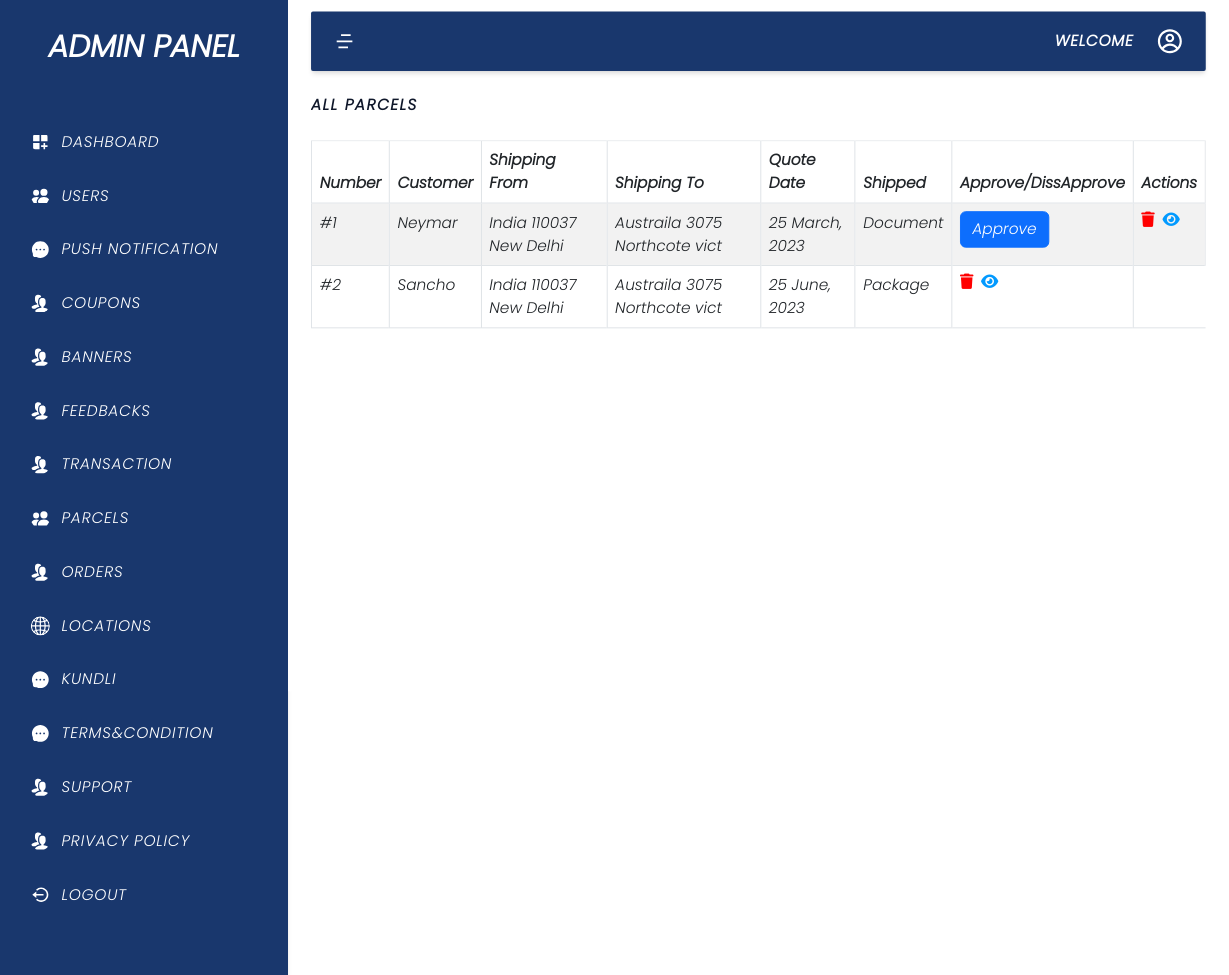
Repository: FlyweisReact/sarita
Page: /astro
An editor plug-in stored every save of this project. The page is shown before and after the next save, followed by the edit.
The browser window is 1280 px wide. The pictures show the whole page, at 96% of full size.
Some web libraries are served in a nearby version. The project was rebuilt for these pictures with package versions that can differ from the ones it lists, and the page was loaded fresh each time. Also part of the build but not shown: src/vendorPanel/forms/VendorLogin.jsx, src/vendorPanel/pages/AdminDiscount.js, src/vendorPanel/pages/AdminReview.js, src/vendorPanel/pages/Banners.js, src/vendorPanel/pages/Booking.js, src/vendorPanel/pages/Horoscope.js, src/vendorPanel/pages/Kundli.js, src/vendorPanel/pages/Message.js and 8 more.

Above is the page before, as saved 2023-04-19 13:03:35.

### public/index.html
<!-- @format -->

<!DOCTYPE html>
<html lang="en">
  <head>
    <meta charset="utf-8" />
    <meta name="viewport" content="width=device-width, initial-scale=1" />
    <meta name="theme-color" content="#000000" />
    <meta
      name="description"
      content="Web site created using create-react-app"
    />
    <link rel="apple-touch-icon" href="%PUBLIC_URL%/favicon.ico?v=2" />
    <link rel="manifest" href="%PUBLIC_URL%/manifest.json" />
    <link rel="preconnect" href="https://fonts.googleapis.com">
<link rel="preconnect" href="https://fonts.gstatic.com" crossorigin>
<link href="https://fonts.googleapis.com/css2?family=Roboto+Mono:ital,wght@1,300&display=swap" rel="stylesheet">
    <title>Ship24*7</title>
  </head>
  <body>
    <noscript>You need to enable JavaScript to run this app.</noscript>
    <div id="root"></div>
    <script src="https://code.jquery.com/jquery-3.6.0.min.js"></script>
    <script src="https://kit.fontawesome.com/b533b351e4.js" crossorigin="anonymous"></script>
  </body>
</html>

### src/index.js
import React from "react";
import ReactDOM from "react-dom/client";
import "./index.css";
import App from "./App";
import { BrowserRouter } from "react-router-dom";
import 'bootstrap/dist/css/bootstrap.min.css'

const root = ReactDOM.createRoot(document.getElementById("root"));
root.render(
  <React.StrictMode>
    <BrowserRouter>
      <App />
    </BrowserRouter>
  </React.StrictMode>
);

### src/index.css
/** @format */

@tailwind base;
@tailwind components;
@tailwind utilities;
@import url("https://fonts.googleapis.com/css2?family=Roboto+Mono:ital,wght@1,300&display=swap");
@font-face {
  font-family: Roboto;
  src: url("./Fonts/Poppins-LightItalic.ttf");
}
body {
  margin: 0;
  font-family: Roboto !important;
  -webkit-font-smoothing: antialiased;
  -moz-osx-font-smoothing: grayscale;
}

code {
  font-family: Roboto !important;
}

html {
  font-family: Roboto !important;
}

::-webkit-scrollbar {
  width: 10px;
}
.fa-trash {
  color: red;
  cursor: pointer;
}

.iCOn {

  transition: 0.5s;
  box-shadow: none;
  transform: scale(1);
}
.cardDiv{
  cursor: pointer;
}

.cardDiv:hover .iCOn{
  box-shadow: rgba(0, 0, 0, 0.35) 0px 5px 15px;
  transform: scale(1.3);
}

/* Track */
::-webkit-scrollbar-track {
  background: #f1f1f1;
}

/* Handle */
::-webkit-scrollbar-thumb {
  background: #888;
}

/* Handle on hover */
::-webkit-scrollbar-thumb:hover {
  background: #555;
}
.profileImage {
  width: 100px;
}
.fa-eye {
  color: #029aff;
  cursor: pointer;
}
.fa-edit {
  cursor: pointer;
  color: blue;
}

.View {
  border: 1px solid black;
  width: 100%;
  padding: 10px;
}

.main-card--container {
  display: grid;
  grid-template-columns: repeat(3, minmax(300px, 500px));
  grid-gap: 50px;
  justify-content: space-around;
}
.card-container {
  margin: 25px 0 auto;
  box-shadow: rgba(0, 0, 0, 0.35) 0px 5px 15px;
  position: relative;
  display: grid;
  grid-template-columns: 1fr;
  justify-content: space-around;
  align-items: flex-start;
}

.myEdit:focus {
  box-shadow: rgba(0, 0, 0, 0.35) 0px 5px 15px;
}



.AstroLogin{
  color: #fff;
  background-color: #2b7a8e;
  padding: 10px;
  width: 380px;
  text-align: center;
  font-size: 20px;
  background: linear-gradient(to left, #2b7a8e 50%, #fff 50%) right;
  background-size: 200%;
  transition: 0.5s ease-out;
  border: 1px solid #2b7a8e;
  margin-top: 10px;
  text-transform: uppercase;
}
.AstroLogin:hover {
  background-position: left;
  color: #2b7a8e;
}

.EcommerceAdminLogin{
  color: #fff;
  background-color: #19376d ;
  padding: 10px;
  width: 380px;
  text-align: center;
  font-size: 20px;
  background: linear-gradient(to left, #19376d 50%, #fff 50%) right;
  background-size: 200%;
  transition: 0.5s ease-out;
  border: 1px solid #19376d;
  margin-top: 10px;
  text-transform: uppercase;
}

.EcommerceAdminLogin:hover{
  background-position: left;
  color: #19376d;
}
.EcommerceVendorLogin{
  color: #fff;
  background-color: #576cbc;
  padding: 10px;
  width: 380px;
  text-align: center;
  font-size: 20px;
  background: linear-gradient(to left, #576cbc 50%, #fff 50%) right;
  background-size: 200%;
  transition: 0.5s ease-out;
  border: 1px solid #576cbc;
  margin-top: 10px;
  text-transform: uppercase;
}

.EcommerceVendorLogin:hover{
  background-position: left;
  color: #576cbc;
}

.view{
  background-color: #2196f3;
  color: #fff;
  width: 50%;
  padding: 5px;
}


.two-sec{
display:flex;
justify-content: space-evenly;
  justify-content: space-evenly;
}
.two-sec .left{
  width: 60%;
  background-color: #f6f1ef;
  padding: 20px;
 }
 .two-sec .left .head{
  font-size: 25px;
  font-weight: bold;
 }



.two-sec .right{
  width: 30%;
  background-color: #f6f1ef;
 }

 .searchDiv{
  width: 100%;
  display: flex;
  gap: 10px;
  border: 1px solid rgb(179, 179, 179);
  padding: 10px;
  margin-bottom: 20px;
  align-items: center;
 }
 .searchDiv input {
  width: 94%;
  outline: none;
  border: none;
 }

### src/vendorPanel/pages/Astrologers.js
/** @format */

import React, { useState } from "react";
import HOC from "../layout/HOC";
import { Table, Modal, Form, Button, Container } from "react-bootstrap";

const Astrologers = () => {
  const [modalShow, setModalShow] = React.useState(false);
  const [viewModal, setViewModal] = useState(false);

  // Add Astrologer
  function MyVerticallyCenteredModal(props) {
    return (
      <Modal
        {...props}
        size="lg"
        aria-labelledby="contained-modal-title-vcenter"
        centered
      >
        <Modal.Header closeButton>
          <Modal.Title id="contained-modal-title-vcenter" style={{textTransform : 'uppercase'}}>
            Add Astrologer
          </Modal.Title>
        </Modal.Header>
        <Modal.Body>
          <Form>
            <Form.Group className="mb-3">
              <Form.Label>Image</Form.Label>
              <Form.Control type="text" required />
            </Form.Group>
            <Form.Group className="mb-3">
              <Form.Label>Expert Tag</Form.Label>
              <Form.Control type="text" required />
            </Form.Group>
            <Form.Group className="mb-3">
              <Form.Label>Name</Form.Label>
              <Form.Control type="text" required />
            </Form.Group>
            <Form.Group className="mb-3">
              <Form.Label>Description</Form.Label>
              <Form.Control type="text" required />
            </Form.Group>
            <Form.Group className="mb-3">
              <Form.Label>Language</Form.Label>
              <Form.Control type="text" required />
            </Form.Group>
            <Form.Group className="mb-3">
              <Form.Label>Experience</Form.Label>
              <Form.Control type="text" required />
            </Form.Group>
            <Form.Group className="mb-3">
              <Form.Label>Rating</Form.Label>
              <Form.Control type="text" required />
            </Form.Group>
            <Form.Group className="mb-3">
              <Form.Label>Price per min</Form.Label>
              <Form.Control type="text" required />
            </Form.Group>
            <Form.Group className="mb-3">
              <Form.Label>Discounted Price per min</Form.Label>
              <Form.Control type="text" required />
            </Form.Group>
            <Form.Group className="mb-3">
              <Form.Label>Expertise</Form.Label>
              <Form.Control type="text" required />
            </Form.Group>
            <Form.Group className="mb-3">
              <Form.Label>Skills</Form.Label>
              <Form.Control type="text" required />
            </Form.Group>
            <Form.Group className="mb-3">
              <Form.Label>Min. of consultation</Form.Label>
              <Form.Control type="text" required />
            </Form.Group>
            <Form.Group className="mb-3">
              <Form.Label>Commission</Form.Label>
              <Form.Control type="number" min={0} required />
            </Form.Group>
            <Form.Group className="mb-3">
              <Form.Label>About</Form.Label>
              <Form.Control type="text" required />
            </Form.Group>
            <Button variant="outline-success" type="submit">
              Submit
            </Button>
          </Form>
        </Modal.Body>
      </Modal>
    );
  }

  // View Astrolger
  function ViewModal(props) {
    return (
      <Modal
        {...props}
        size="lg"
        aria-labelledby="contained-modal-title-vcenter"
        centered
      >
        <Modal.Header closeButton>
          <Modal.Title id="contained-modal-title-vcenter" style={{textTransform : 'uppercase'}}>
            View Quote
          </Modal.Title>
        </Modal.Header>
        <Modal.Body>
          <Container>
            <p className="View">
              {" "}
              <strong>Customer :  </strong> Sancho{" "}
            </p>
            <p className="View">
              {" "}
              <strong> Shipping From :  </strong> India 110037 New Delhi{" "}
            </p>
            <p className="View">
              {" "}
              <strong> Shipping To :  </strong> Australia  3075 Northcote
            </p>
            <p className="View">
              {" "}
              <strong> What is getting Shipped :  </strong> Document {" "}
            </p>
            <p className="View">
              {" "}
              <strong>  Weight : </strong> 60 Grams{" "}
            </p>
            <p className="View">
              {" "}
              <strong> Length (cm) : </strong> 60{" "}
            </p>
            <p className="View">
              {" "}
              <strong> Width :  </strong> 40 {" "}
            </p>
            <p className="View">
              {" "}
              <strong>Height (cm) : </strong> 30.0{" "}
            </p>
            <p className="View">
              {" "}
              <strong> Quantity :  </strong> 2{" "}
            </p>
            <p className="View">
              {" "}
              <strong> Shipment Value :  </strong>  $50{" "}
            </p>

          </Container>
        </Modal.Body>
      </Modal>
    );
  }



  return (
    <>
      <MyVerticallyCenteredModal
        show={modalShow}
        onHide={() => setModalShow(false)}
      />
      <ViewModal show={viewModal} onHide={() => setViewModal(false)} />

      <section>
        <div className="pb-4 sticky top-0  w-full flex justify-between items-center bg-white">
          <span className="tracking-widest text-slate-900 font-semibold uppercase ">
            All Parcels
          </span>
        </div>

        <div className="wcomp overflow-x-auto">
          <Table striped bordered hover>
            <thead>
              <tr>
                <th>Number</th>
                <th>Customer</th>
                <th>Shipping From </th>
                <th>Shipping To</th>
                <th>Quote Date</th>
                <th>Shipped</th>
                <th>Approve/DissApprove</th>
                <th>Actions</th>
              </tr>
            </thead>
            <tbody>
              <tr>
              <td>#1</td>
              <td>Neymar</td>
              <td>India 110037 New Delhi</td>
              <td>Austraila 3075 Northcote vict</td>
              <td>25 March, 2023</td>
              <td>Document</td>
              <td>
                <Button>Approve</Button>
              </td>
                <td>
                  <span className="d-flex gap-2">
                    <i className="fa-solid fa-trash" />
                    <i
                      className="fa-sharp fa-solid fa-eye"
                      onClick={() => setViewModal(true)}
                    ></i>
                  </span>
                </td>
              </tr>
              <tr>
              <td>#2</td>
              <td>Sancho</td>
              <td>India 110037 New Delhi</td>
              <td>Austraila 3075 Northcote vict</td>
              <td>25 June, 2023</td>
              <td>Package</td>
                <td>
                  <span className="d-flex gap-2">
                    <i className="fa-solid fa-trash" />
                    <i
                      className="fa-sharp fa-solid fa-eye"
                      onClick={() => setViewModal(true)}
                    ></i>
                  </span>
                </td>
              </tr>
            </tbody>
          </Table>
        </div>
      </section>
    </>
  );
};

export default HOC(Astrologers);

### src/vendorPanel/layout/HOC.jsx
import React, { useState } from "react";
import Navbar from "./Navbar";
import Sidebar from "./Sidebar";

const HOC = (Wcomponenet) => {
  return function Component() {
    const [hamb, setHamb] = useState(false);
    return (
      <>
        <section className="flex overflow-x-hidden relative">
          {/* Sidebar */}
          <div
            className={
              hamb
                ? " absolute top-0 z-30 md:w-auto shadow-md bg-slate-200  w-60 transition-all md:-left-full left duration-150  h-auto overflow-y-auto  left-0 "
                : " md:w-72 z-30 bg-slate-200  shadow-md  md:static absolute top-0 -left-full   transition-all duration-150  overflow-y-auto h-auto"
            }
            style={{minWidth : '300px'}}
          >
            <Sidebar hamb={hamb} setHamb={setHamb} />
          </div>
          {/* Components & Navbar */}
          <div
            className={
              hamb
                ? " transition-all px-4 py-2  bg-white duration-150 w-full h-screen"
                : " w-full h-screen  px-4 py-2  bg-white z-50 transition-all duration-150 "
            }
          >
            <Navbar hamb={hamb} setHamb={setHamb} />
            <div className="my-6 text-#000 h-[87%] wcomp overflow-y-auto">
              <Wcomponenet />
            </div>
          </div>
        </section>
      </>
    );
  };
};

export default HOC;

### src/vendorPanel/layout/Navbar.jsx
/** @format */

import { RiMenu4Line } from "react-icons/ri";
import { CgProfile } from "react-icons/cg";
import Form from "react-bootstrap/Form";
import { useState } from "react";
import Button from "react-bootstrap/Button";
import Modal from "react-bootstrap/Modal";
import Container from "react-bootstrap/Container";

function MyVerticallyCenteredModal(props) {
  return (
    <Modal
      {...props}
      size="lg"
      aria-labelledby="contained-modal-title-vcenter"
      centered
    >
      <Modal.Header closeButton>
        <Modal.Title id="contained-modal-title-vcenter">
          Edit Profile
        </Modal.Title>
      </Modal.Header>
      <Modal.Body>
        <Container style={{ width: "600px" }}>
          <Form>
            <Form.Group className="mb-3" controlId="formBasicEmail">
              <Form.Label>Name</Form.Label>
              <Form.Control type="text" placeholder="Admin" />
            </Form.Group>
            <Form.Group className="mb-3" controlId="formBasicPassword">
              <Form.Label>Email Address</Form.Label>
              <Form.Control type="email" placeholder="admin@gmail.com" />
            </Form.Group>
            <Form.Group className="mb-3" controlId="formBasicPassword">
              <Form.Label>Password</Form.Label>
              <Form.Control type="password" placeholder="Password" />
            </Form.Group>
            <Button
              style={{ backgroundColor: "#19376d", borderRadius: "0" }}
              type="submit"
            >
              Edit
            </Button>
          </Form>
        </Container>
      </Modal.Body>
    </Modal>
  );
}

const Navbar = ({ hamb, setHamb }) => {
  const [modalShow, setModalShow] = useState(false);

  return (
    <>
      <MyVerticallyCenteredModal
        show={modalShow}
        onHide={() => setModalShow(false)}
      />

      <div
        className={
          hamb
            ? "flex  w-full justify-between  my-1 rounded-sm  p-4 py-3 shadow-md items-center  bg-slate-200 space-x-4"
            : "flex  w-full justify-between my-1 rounded-sm  p-4 py-3 shadow-md items-center  bg-slate-200 space-x-4"
        }
        style={{ backgroundColor: "#19376d" }}
      >
        <RiMenu4Line
          onClick={() => setHamb(!hamb)}
          className="text-2xl font-bold text-gray-900 hover:scale-90 cursor-pointer"
          style={{ color: "#fff" }}
        />

        <section className="flex sm:ml-auto justify-end sm:w-full items-center space-x-2  pr-2">
          <figcaption className="tracking-wider pl-1 font-semibold">
            <div
              className="lg:text-base text-sm text-gray-900  uppercase"
              style={{ color: "#fff" }}
            >
              Welcome
            </div>
          </figcaption>
        </section>

        <CgProfile
          onClick={() => setModalShow(true)}
          className="text-2xl sm:text-3xl font-bold text-[rgb(241,146,46)] cursor-pointer"
          style={{ color: "#fff" }}
        />
      </div>
    </>
  );
};

export default Navbar;

### src/vendorPanel/layout/Sidebar.jsx
/** @format */

import React from "react";
import { RiCloseLine } from "react-icons/ri";
import { Link, useNavigate } from "react-router-dom";
import { BsFillPeopleFill } from "react-icons/bs";
import { ImUsers } from "react-icons/im";
import { BiLogOutCircle } from "react-icons/bi";
import { MdDashboardCustomize } from "react-icons/md";
import { BsGlobe2 } from "react-icons/bs";
import { AiFillMessage } from "react-icons/ai";

const Sidebar = ({ hamb, setHamb }) => {
  const navigate = useNavigate();

  const nav = [
    {
      icon: <MdDashboardCustomize className="text-xl mr-3 rounded-full " />,
      link: "/vendorDashboard",
      name: "DASHBOARD",
    },
    {
      icon: <BsFillPeopleFill className="text-xl mr-3 rounded-full " />,
      link: "/admin/users",
      name: "USERS",
    },
    {
      icon: <AiFillMessage className="text-xl mr-3 rounded-full " />,
      link: "/msg",
      name: "Push NOTIFICATION",
    },
    {
      icon: <ImUsers className="text-xl mr-3 rounded-full " />,
      link: "/AdminDiscount",
      name: "COUPONS",
    },
    {
      icon: <ImUsers className="text-xl mr-3 rounded-full " />,
      link: "/Banners",
      name: "BANNERS",
    },
    {
      icon: <ImUsers className="text-xl mr-3 rounded-full " />,
      link: "/adminReviews",
      name: "FEEDBACKS",
    },
    {
      icon: <ImUsers className="text-xl mr-3 rounded-full " />,
      link: "/admin/blogs",
      name: "Transaction",
    },
    {
      icon: <BsFillPeopleFill className="text-xl mr-3 rounded-full " />,
      link: "/astro",
      name: "Parcels",
    },

    {
      icon: <ImUsers className="text-xl mr-3 rounded-full " />,
      link: "/book",
      name: "Orders",
    },



    {
      icon: <BsGlobe2 className="text-xl mr-3 rounded-full " />,
      link: "/horo",
      name: "Locations",
    },
    {
      icon: <AiFillMessage className="text-xl mr-3 rounded-full " />,
      link: "/kundli",
      name: "KUNDLI",
    },









    {
      icon: <AiFillMessage className="text-xl mr-3 rounded-full " />,
      link: "/admin/terms",
      name: "TERMS&CONDITION",
    },
    {
      icon: <ImUsers className="text-xl mr-3 rounded-full " />,
      link: "/admin/support",
      name: "SUPPORT",
    },
    {
      icon: <ImUsers className="text-xl mr-3 rounded-full " />,
      link: "/privacy-policy",
      name: "PRIVACY POLICY",
    },

  ];

  const logOut = () => {
    navigate("/");
  };

  return (
    <>
      <aside
        className="p-4 h-auto"
        style={{ backgroundColor: "#19376d", minHeight: "100vh" }}
      >
        {/* Top */}
        <div className="w-full md:hidden relative  p-2 mb-4">
          <RiCloseLine
            onClick={() => setHamb(!hamb)}
            className="text-3xl  absolute top-2 sm:hover:rotate-[228deg] transition-transform font-bold right-2 sm:hover:text-[22px] text-[rgb(241,146,46)] cursor-pointer"
          />
        </div>{" "}
        <figure className="flex  flex-col items-center">
          <span className="font-bold text-[#fff]" style={{ fontSize: "2rem"  , textAlign : 'center'}}>
            ADMIN PANEL
          </span>
        </figure>
        <nav className="py-6">
          {nav.map((nav) => {
            return (
              <Link
                to={nav.link}
                key={nav.name}
                className=""
                style={{ textDecoration: "none"  , textTransform : 'uppercase'}}
              >
                <span
                  className="flex my-3 items-center cursor-pointer text-gray-900    tracking-wider p-2 rounded-sm"
                  style={{ color: "#fff" }}
                >
                  {nav.icon} {nav.name}
                </span>
              </Link>
            );
          })}
          <span
            className="flex my-3 items-center cursor-pointer text-gray-900    tracking-wider p-2 rounded-sm"
            onClick={() => logOut()}
            style={{ color: "#fff", textTransform : 'uppercase' }}
          >
            <BiLogOutCircle className="text-xl mr-3 rounded-full " /> LogOut
          </span>
        </nav>
      </aside>
    </>
  );
};

export default Sidebar;

Loaded but not shown: tailwind.config.js (common file); src/App.js (58 lines, source omitted)

After the next save:
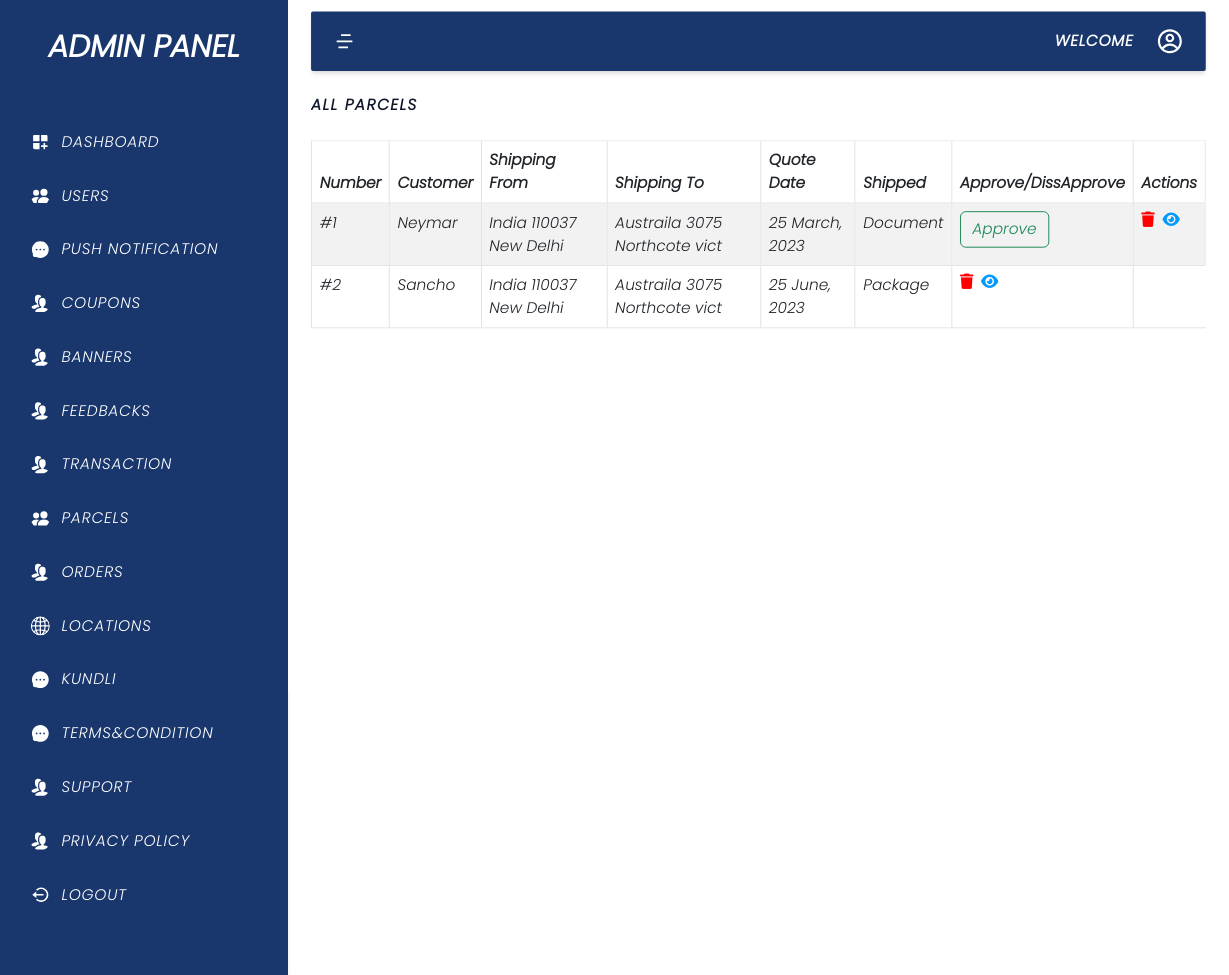
Saved 9 s later.
--- a/src/vendorPanel/pages/Astrologers.js
+++ b/src/vendorPanel/pages/Astrologers.js
@@ -192,7 +192,7 @@ const Astrologers = () => {
               <td>25 March, 2023</td>
               <td>Document</td>
               <td>
-                <Button>Approve</Button>
+                <Button variant="outline-success">Approve</Button>
               </td>
                 <td>
                   <span className="d-flex gap-2">
